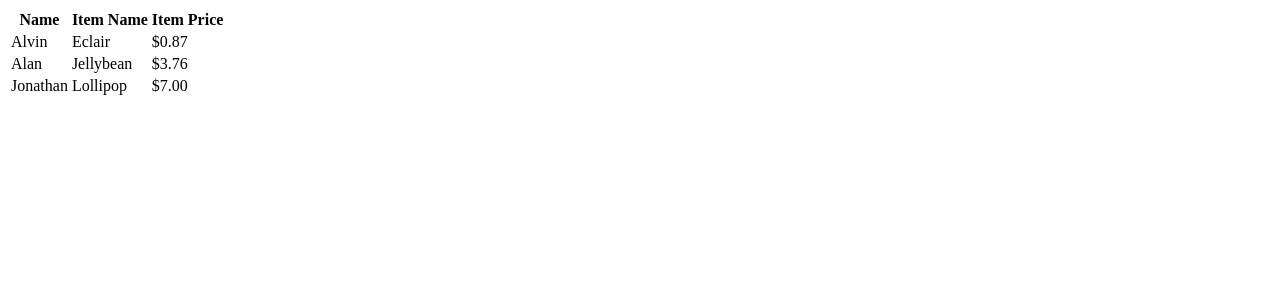
Repository: luizasilveira/TechWeb
Page: Projeto1/techWebP1/WebContent/list.html
The author's editor kept a copy of each file at every save. The page is drawn from the files as they stood at one save, then again after the next save.
The browser window is 1280 px wide. The pictures show the whole page.

Above is the page before, as saved 2019-09-08 20:17:34.

### Projeto1/techWebP1/WebContent/list.html
<!DOCTYPE html>
<html>
<head>
<meta charset="ISO-8859-1">
<title>Insert title here</title>
</head>
<body>

 <table>
        <thead>
          <tr>
              <th>Name</th>
              <th>Item Name</th>
              <th>Item Price</th>
          </tr>
        </thead>

        <tbody>
          <tr>
            <td>Alvin</td>
            <td>Eclair</td>
            <td>$0.87</td>
          </tr>
          <tr>
            <td>Alan</td>
            <td>Jellybean</td>
            <td>$3.76</td>
          </tr>
          <tr>
            <td>Jonathan</td>
            <td>Lollipop</td>
            <td>$7.00</td>
          </tr>
        </tbody>
      </table>

</body>
</html>

After the next save:
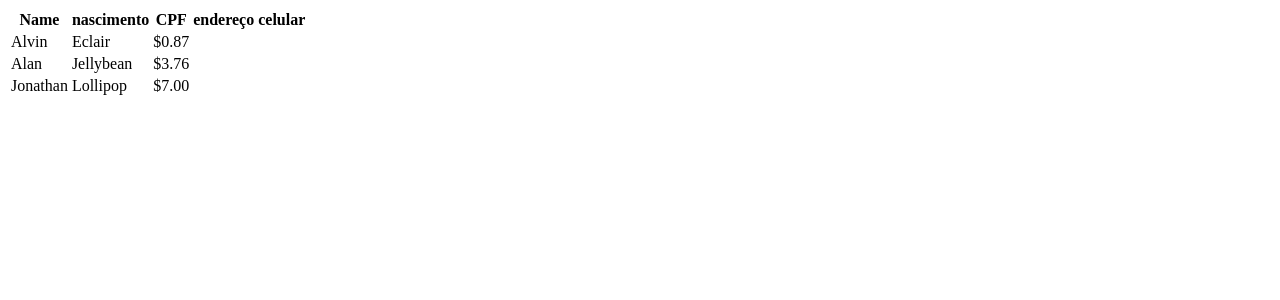
Saved 5 min 35 s later.
--- a/Projeto1/techWebP1/WebContent/list.html
+++ b/Projeto1/techWebP1/WebContent/list.html
@@ -10,8 +10,10 @@
         <thead>
           <tr>
               <th>Name</th>
-              <th>Item Name</th>
-              <th>Item Price</th>
+              <th>nascimento</th>
+              <th>CPF</th>
+              <th>endereço</th>
+              <th>celular</th>
           </tr>
         </thead>
 
